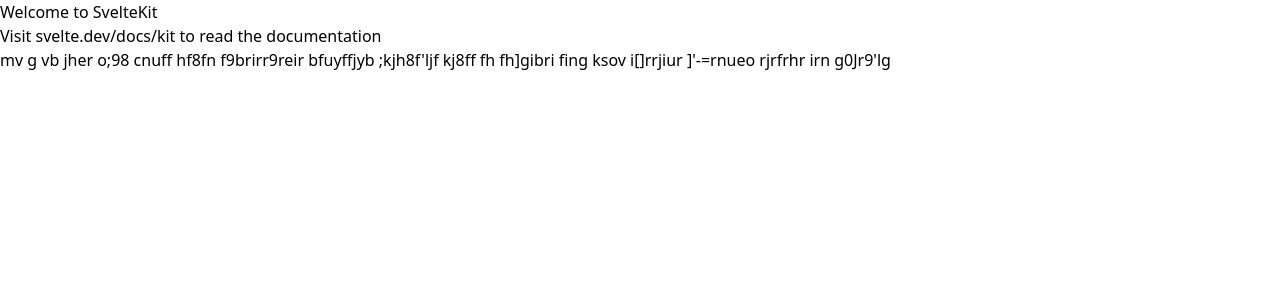
Repository: zishandeshmukh/jdtm
Page: / (app in frontend/)
An editor plug-in stored every save of this project. The page is shown before and after the next save, followed by the edit.
The browser window is 1280 px wide. The pictures show the whole page.
The project was rebuilt for these pictures with package versions that can differ from the ones it lists, and the page was loaded fresh each time. The framework's server and built-in components were replaced by stand-ins that run in the browser. Also part of the build but not shown: frontend/svelte.config.js, frontend/vite.config.js.

Above is the page before, as saved 2024-11-03 01:17:18.

### frontend/src/routes/+page.svelte
<h1>Welcome to SvelteKit</h1>
<p>Visit <a href="https://svelte.dev/docs/kit">svelte.dev/docs/kit</a> to read the documentation</p>
mv  g vb jher o;98 cnuff  hf8fn f9brirr9reir bfuyffjyb ;kjh8f'ljf
kj8ff
fh fh]gibri fing ksov i[]rrjiur ]'-=rnueo
rjrfrhr  irn
g0Jr9'lg

Loaded but not shown: frontend/src/app.html (common file); frontend/src/routes/+layout.svelte (common file); frontend/src/app.css (common file); frontend/tailwind.config.js (common file)

After the next save:
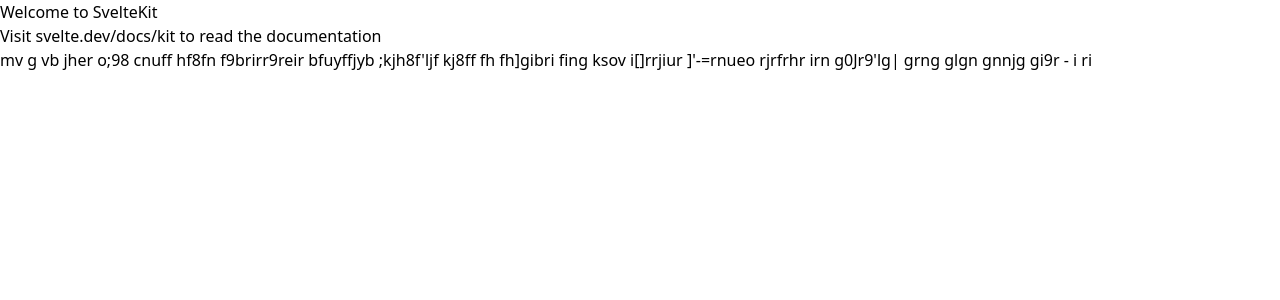
Saved 11 s later.
--- a/frontend/src/routes/+page.svelte
+++ b/frontend/src/routes/+page.svelte
@@ -4,4 +4,7 @@
 kj8ff
 fh fh]gibri fing ksov i[]rrjiur ]'-=rnueo
 rjrfrhr  irn
-g0Jr9'lg
+g0Jr9'lg|
+grng glgn
+   gnnjg
+   gi9r -  i ri
